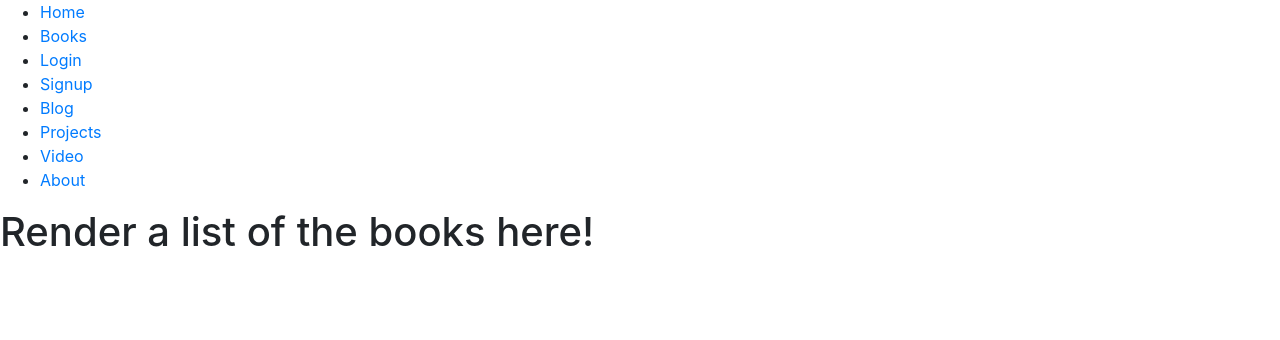
Repository: ebo-arcadia/enjoyou
Page: /books
The author's editor kept a copy of each file at every save. The page is drawn from the files as they stood at one save, then again after the next save.
The browser window is 1280 px wide. The pictures show the whole page.
The project was rebuilt for these pictures with package versions that can differ from the ones it lists, and the page was loaded fresh each time. Also part of the build but not shown: src/components/Home.js, src/containers/Login.js, src/components/About.js.

Above is the page before, as saved 2021-04-20 10:10:12.

### src/containers/App.js
import React from "react";
import 'bootstrap/dist/css/bootstrap.min.css';
import { BrowserRouter as Router, Switch, Route, Link } from "react-router-dom";
import Home from '../components/Home';
import BooksList from '../components/BooksList';
import Login from '../containers/Login';
import Signup from '../containers/Signup';
import Blog from '../containers/Blog';
import Projects from '../containers/Projects';
import Video from '../containers/Video';
import About from '../components/About'

export default function App() {
  return (
    <React.Fragment>
      <Router>
        <div>
          <nav>
            <ul>
              <li> <Link to="/">Home</Link> </li>
              <li> <Link to="/books">Books</Link> </li>
              <li> <Link to="/login">Login</Link> </li>
              <li> <Link to="/signup">Signup</Link> </li>
              <li> <Link to="/blog">Blog</Link> </li>
              <li> <Link to="/projects">Projects</Link> </li>
              <li> <Link to="/video">Video</Link> </li>
              <li> <Link to="/about">About</Link> </li>
            </ul>
          </nav>

          {/* A <Switch> looks through its children <Route>s and
              renders the first one that matches the current URL. */}
          <Switch>
            <Route path="/home"><Home /></Route>
            <Route path="/books"><BooksList /></Route>
            <Route path="/login"><Login /></Route>
            <Route path="/signup"><Signup /></Route>
            <Route path="/blog"><Blog /></Route>
            <Route path="/projects"><Projects /></Route>
            <Route path="/video"><Video /></Route>
            <Route path="/about"><About /></Route>
            <Route exact path="/"><Home /></Route>
          </Switch>
        </div>
      </Router>
    </React.Fragment>
  );
}

// function Home()        { return <h2>Home</h2> }
// function About()       { return <h2>About</h2> }
// function Users()       { return <h2>Users</h2> }
// function Books()       { return <h2>Books</h2> }
// function Bestseller()  { return <h2>Best Seller</h2> }
// function Notes()       { return <h2>Notes</h2> }

### src/components/BooksList.js
import React from 'react';

const BooksList = () => {
    return (
        <div>
            <h1>Render a list of the books here!</h1>
        </div>
    );
}

export default BooksList;

Loaded but not shown: public/index.html (common file); src/index.js (common file); src/index.css (common file); src/reportWebVitals.js (common file); src/containers/signup.js (no stored copy; drawn as an empty file); src/containers/blog.js (no stored copy; drawn as an empty file); src/containers/Projects.js (no stored copy; drawn as an empty file); src/containers/video.js (no stored copy; drawn as an empty file)

After the next save:
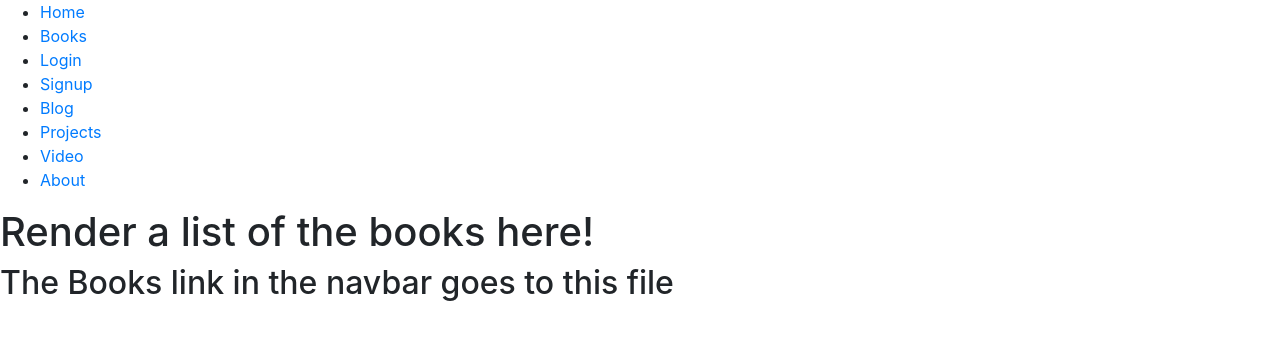
Saved 54 s later.
--- a/src/components/BooksList.js
+++ b/src/components/BooksList.js
@@ -4,6 +4,7 @@ const BooksList = () => {
     return (
         <div>
             <h1>Render a list of the books here!</h1>
+            <h2>The Books link in the navbar goes to this file</h2>
         </div>
     );
 }
